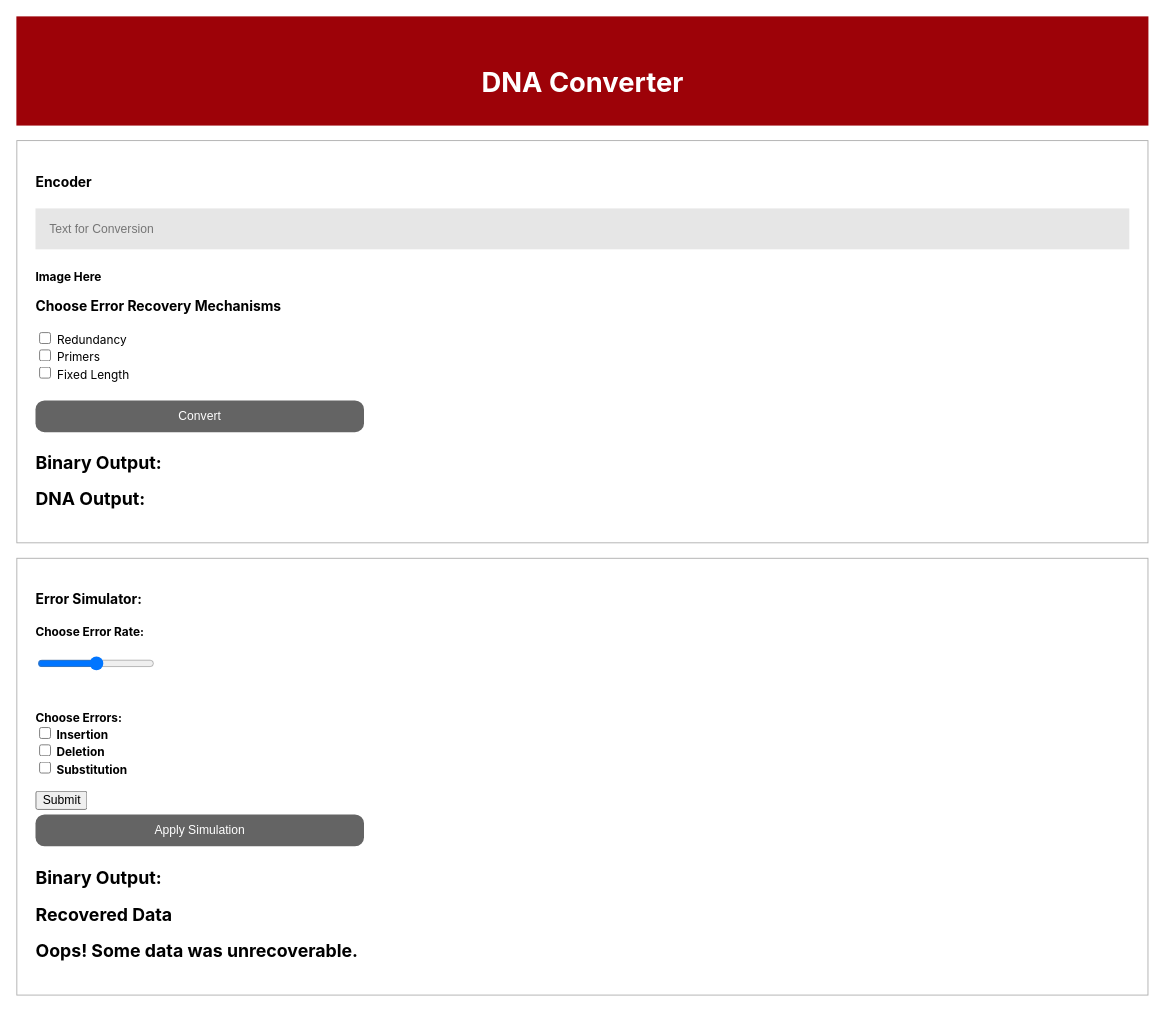
Repository: komalharjani/MSc-Thesis-DNA-Storage
Page: index.html
The author's editor kept a copy of each file at every save. The page is drawn from the files as they stood at one save, then again after the next save.
The browser window is 1280 px wide. The pictures show the whole page, at 91% of full size.

Above is the page before, as saved 2020-08-16 22:11:04.

### index.html
<!DOCTYPE html>
<html lang="en">

<head>
    <link href="index.css" rel="stylesheet">
    <meta charset="UTF-8">
    <meta name="viewport" content="width=device-width, initial-scale=1.0">
    <title>Document</title>
</head>

<body>
    <div id="LoginPage">
        <div class="header"><br>
            <h2> DNA Converter </h2>
        </div><br>

        <div class="loginContainer">
            <h3>Encoder</h3>
            <input type="text" placeholder="Text for Conversion" id="textToConvert" required class="input">
            <label for="text"><b>Image Here</b></label>
            <h3>Choose Error Recovery Mechanisms</h3>
            <form>
                <input type="checkbox" id="vehicle1" name="vehicle1" value="Bike">
                <label for="vehicle1"> Redundancy </label><br>
                <input type="checkbox" id="vehicle2" name="vehicle2" value="Car">
                <label for="vehicle2"> Primers </label><br>
                <input type="checkbox" id="vehicle3" name="vehicle3" value="Boat">
                <label for="vehicle3"> Fixed Length</label><br><br>
            </form>
            <button onclick="onSubmit()" id="submit">Convert</button>
            <h2>Binary Output:</h2>
            <h2>DNA Output:</h2>

        </div><br>
        <div class="loginContainer">
            <h3>Error Simulator:</h3>
            <h4>Choose Error Rate:</h4>
            <input type="range" name="rangeInput" min="0" max="10" onchange="updateTextInput(this.value);">
            <input type="number" id="textInput" value="" class="range" max="10"><br>
            <h4>Choose Errors:</h4<br>
            <form>
                <input type="checkbox" id="vehicle1" name="vehicle1" value="Bike">
                <label for="vehicle1"> Insertion </label><br>
                <input type="checkbox" id="vehicle2" name="vehicle2" value="Car">
                <label for="vehicle2"> Deletion </label><br>
                <input type="checkbox" id="vehicle3" name="vehicle3" value="Boat">
                <label for="vehicle3"> Substitution </label><br><br>
                <input type="submit" value="Submit">
            </form>
            <button onclick="" id="error">Apply Simulation</button><br>
            <!--Take Error Rate from On Submit-->
            <h2>Binary Output:</h2>
            <h2>Recovered Data</h2>
            <h2>Oops! Some data was unrecoverable. </h2>
        </div>
    </div>

</body>
<script src="index.js"></script>

</html>

### index.css
body {
    background-color:white;
    resize: both;
    overflow: auto;
}

.labelText {
  width: 100%;
  padding: 15px;
  margin: 5px 0 22px 0;
  display: inline-block;
  border: none;
  background: #cacaca;
}

.search {
  width: 30%;
  padding: 15px;
  margin: 5px 0 22px 0;
  display: inline-block;
  border: none;
  background: #e6e6e6;
}

.runBtn {
  background-color: #000000;
  border: 1px solid #ffffff;
  color: rgb(255, 255, 255);
  padding: 14px 20px;
  margin-top: 5px;
  margin-bottom: 5px;
  margin-right: 2px;
  margin-left: 0;
  border: none;
  cursor: pointer;
  width: 100%;
  opacity: 0.9;
  font-size: 15px;
}

#map{
  height: 400px;
  width: 100%;
}

#profile {
  border-radius: 50%;
}

.profile {
    padding: 10px;
    text-align: center;
    height: auto;
}

/* Full-width input fields */
.input {
  width: 100%;
  padding: 15px;
  margin: 5px 0 22px 0;
  display: inline-block;
  border: none;
  background: #e6e6e6;
}

.range {
  margin: 5px 0 22px 0;
  display: inline-block;
  border: none;
  text-align: right;
}

li {
  width: 100%;
  padding: 15px;
  margin: 5px 0 22px 0;
  display: inline-block;
  border: none;
  background: #cacaca;
}

ul {
  padding: 0;
}


/* Add a background color when the inputs get focus */
input[type=text]:focus, input[type=password]:focus {
  background-color: rgb(184, 184, 184);
  outline: none;
}

/* button {
  background-color: #000000;
  color: rgb(255, 255, 255);
  padding: 14px 20px;
  margin: 8px;
  border: none;
  cursor: pointer;
  width: 30%;
  opacity: 0.9;
  border-radius: 20px;
} */

.loginContainer {
  width: 100%;
  float: center;
  padding: 20px;
  border: 0.5px solid #afafaf;
  height: auto;

}

/* Set a style for all buttons */
.button {
  background-color: #000000;
  color: rgb(255, 255, 255);
  padding: 10px;
  width: 100%;
  border: none;
  border-radius: 10px;
}

button {
  background-color: rgb(100, 100, 100);
  color: rgb(255, 255, 255);
  padding: 10px;
  width: 30%;
  margin-top: 5px;
  margin-bottom: 5px;
  margin-right: 2px;
  margin-left: 0;
  border: none;
  border-radius: 10px;
}

button:hover {
  opacity: 0.8;
}

/* Extra styles for the cancel button */
.cancelbtn {
  padding: 14px 20px;
  background-color: whitesmoke;
}

/* Float cancel and signup buttons and add an equal width */
.cancelbtn, .signupbtn {
  float: right;
  width: 100%;
}


/* Style the horizontal ruler */
hr {
  border: 1px solid #f1f1f1;
  margin-bottom: 25px;
}

/* Change styles for cancel button and signup button on extra small screens */
@media screen and (max-width: 300px) {
  .cancelbtn, .signupbtn {
     width: 100%;
  }
}
/* OLD BELOW!!!!! */

* {
    box-sizing: border-box;
  }

  /* Add a gray background color with some padding */
  body {
    font-family: -apple-system, BlinkMacSystemFont, 'Segoe UI', Roboto, Oxygen, Ubuntu, Cantarell, 'Open Sans', 'Helvetica Neue', sans-serif;
    padding: 10px;
    background: #ffffff;
    font-size: 13px;
  }
  table {
    font-family: arial, sans-serif;
    border-collapse: collapse;
    width: 100%;
  }

  td, th {
    border: 1px solid #dddddd;
    text-align: left;
    padding: 8px;
  }

  tr:nth-child(even) {
    background-color: #dddddd;
  }
  /* Header Title */
  .header {
    padding: 5px;
    font-size: 20px;
    text-align: center;
    background: #9d0208;
    color: white;
  }

  .login {
    width:300px;
    height:500px;
    position: fixed;
    top: 50%;
    left: 50%;
    margin-top: -125px;
    margin-left: -150px;
  }

  /* Split Screen into Columns */

  .rightcolumn {
    float: right;
    width: 50%;
    padding: 10px;
  }

  .leftcolumn {
    float: left;
    width: 20%;
    padding: 10px;
    background-color: rgb(255, 255, 255);
  }

  .left {
    float: right;
    width: 50%;
    background-color: rgb(255, 255, 255);
  }

  .right {
    float: right;
    width: 50%;
    background-color: rgb(255, 255, 255);
  }

  .centercolumn {
    float: left;
    width: 80%;
    padding: 10px;
    background-color: rgb(255, 255, 255);
  }

  .title {
    color: grey;
    font-size: 18px;
  }

  .rightcolumn {
    float: left;
    width: 30%;
    padding: 10px;
    background-color: rgb(255, 255, 255);
  }

  .box {
    background-color: rgb(255, 255, 255);
    width: 100%;
    padding: 15px;
  }


  .card {
     background-color: whitesmoke;
     padding: 15px;
  }

  .row:after {
    content: "";
    display: table;
    clear: both;
  }

  /* Footer */
  .footer {
    padding: 20px;
    text-align: center;
    background: #ddd;
    margin-top: 20px;
  }

  /* Responsive layout - when the screen is less than 800px wide, make the two columns stack on top of each other instead of next to each other */
  @media screen and (max-width: 800px) {
    .leftcolumn, .rightcolumn {
      width: 100%;
      padding: 0;
    }
  }

  tr:nth-child(even) {
    background-color: #3b37377c;
  }

  button:hover {
    opacity:1;
  }

  /* Extra styles for the cancel button */
  .cancelbtn {
    padding: 14px 20px;
    background-color: #000000;
  }

  /* Float cancel and signup buttons and add an equal width */
  .cancelbtn, .signupbtn {
    float: right;
    width: 100%;
  }

  .containerForm {
    width: 50%;
    float: left;
    padding: 10px;
    background-color: rgb(255, 255, 255);
  }

  /* Add padding to container elements */
  .container {
    width: 100%;
    float: left;
    padding: 10px;
    background-color: rgb(255, 255, 255);
  }

  #result {
    color: red;
  }

  .submitComment {
    background-color: white;
    color: black;
    border: 1px solid #888;
    width: 100%;
    float: right;
  }

  .submitComment :hover {
    background-color: rgb(138, 138, 138);
  }

  .readMore {
    background-color: rgb(216, 216, 216);;
    color: black;
    width: 40%;
    margin: 5px;
  }

  .logoutBtn {
    color: white;
    background-color: #9d0208 ;
    border: 1px solid rgb(255, 255, 255);
    margin: 10px;
  }

  .logoutBtn:hover {
    opacity: 0.7;
  }

  .register {
    color: black;
    background-color: white ;
    border: 1px solid rgb(255, 255, 255);
    margin: 10px;
    opacity: 0.8;
  }

  .register:hover {
    opacity: 1;
  }

  .runPostsStyle {
    background-color: rgb(255, 255, 255);
    padding: 20px;
    border-radius: 10px;
    margin-top: 20px;
    width: 100%;
    overflow: hidden;
    border: 1px solid rgb(0, 0, 0);
    columns: 2;
  }



  .commentPost {
    background-color: whitesmoke;
    padding: 20px;
    border-radius: 10px;
    margin-top: 20px;
    width: 100%;
    overflow: hidden;
  }

  .mapStyle {
    background-color: rgb(94, 0, 0);
    border-radius: 10px;
    width: 40%;
    height: 100px;
    border:solid black;
  }

  /* The Modal (background) */
  .modal {
    display: none; /* Hidden by default */
    position: fixed; /* Stay in place */
    left: 0;
    top: 0;
    width: 100%; /* Full width */
    height: 100%; /* Full height */
    overflow: auto; /* Enable scroll if needed */
    background-color:rgb(255, 255, 255);
    padding: 20px;
  }

  /* Modal Content/Box */
  .modal-content {
    background-color: #ffffff;
    margin: 5% auto 15% auto; /* 5% from the top, 15% from the bottom and centered */
    border: 1px solid #888;
    width: 80%; /* Could be more or less, depending on screen size */
  }

  .postTitle {
    font-size: 20px;
    font-weight: bold;
    color: #9d0208;
  }

  .dateDisplay {
    font-size: 20px;
    font-weight: bold;
  }

  .toFrom {
    font-size: 14px;
    font-weight: bold;
  }

  /* Style the horizontal ruler */
  hr {
    border: 1px solid #f1f1f1;
    margin-bottom: 25px;
  }

  /* The Close Button (x) */
  .close {
    position: absolute;
    right: 35px;
    top: 15px;
    font-size: 40px;
    font-weight: bold;
    color: #000000;
  }

  .close:hover,
  .close:focus {
    color: #ff8484;
    cursor: pointer;
  }

  /* Clear floats */
  .clearfix::after {
    content: "";
    clear: both;
    display: table;
  }

  /* Change styles for cancel button and signup button on extra small screens */
  @media screen and (max-width: 300px) {
    .cancelbtn, .signupbtn {
       width: 100%;
    }
  }

  .dropbtn {
    background-color: #E6E6E6;
    color: rgb(85, 85, 85);
    padding: 16px;
    font-size: 16px;
    border: none;
    width: 100px;
    cursor: pointer;
  }

  .dropbtn:hover, .dropbtn:focus {
    background-color: rgb(187, 187, 187);
  }

  .dropdown {
    position: relative;
    display: inline-block;
  }

  .dropdown-content {
    display: none;
    position: absolute;
    background-color: #f1f1f1;
    min-width: 160px;
    overflow: auto;
    box-shadow: 0px 8px 16px 0px rgba(0,0,0,0.2);
    z-index: 1;
  }

  .dropdown-content a {
    color: black;
    padding: 12px 16px;
    text-decoration: none;
    display: block;
  }

  .dropdown a:hover {background-color: #ddd;}

  .show {display: block;}

Loaded but not shown: index.js (368 lines, source omitted)

After the next save:
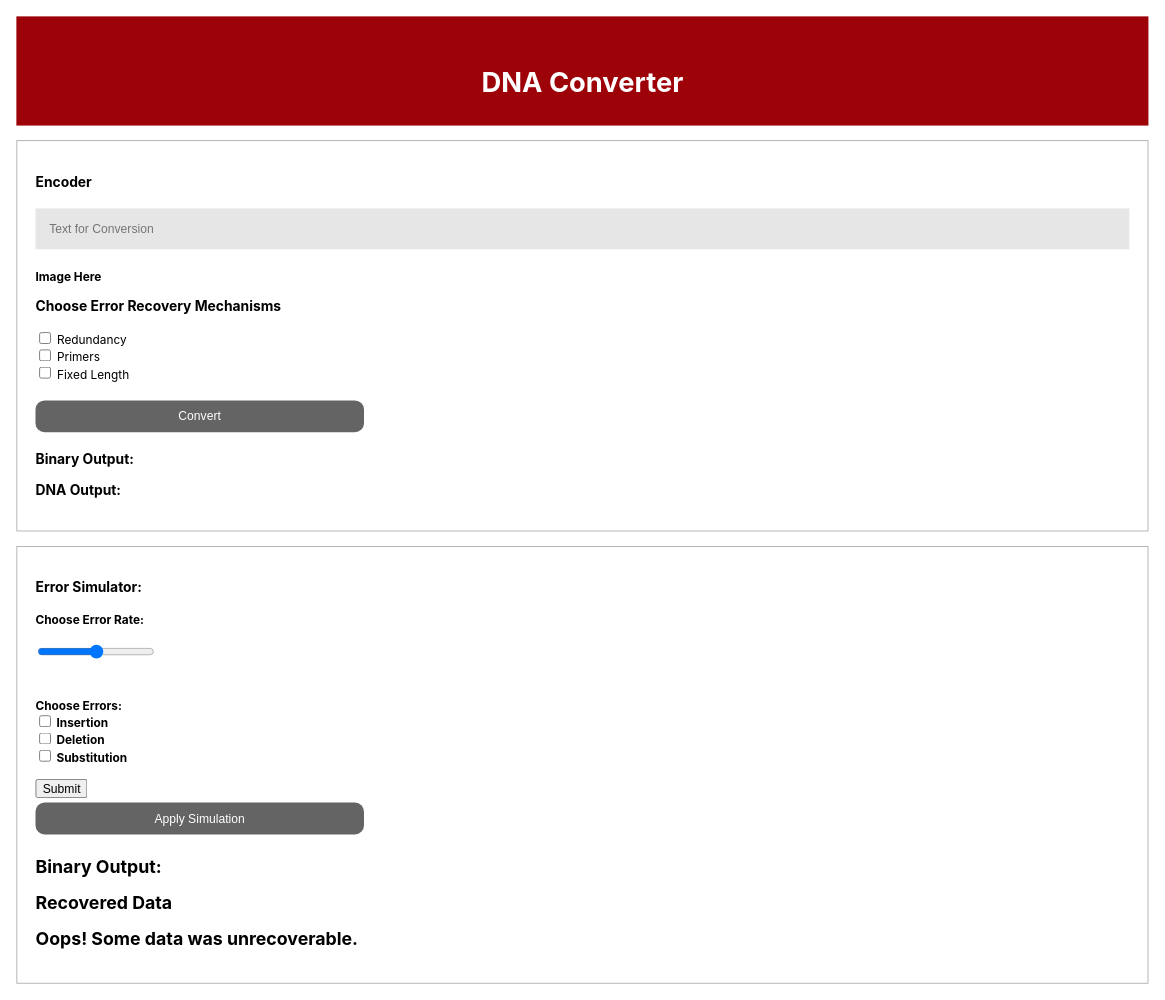
Saved 10 s later.
--- a/index.html
+++ b/index.html
@@ -28,8 +28,8 @@
                 <label for="vehicle3"> Fixed Length</label><br><br>
             </form>
             <button onclick="onSubmit()" id="submit">Convert</button>
-            <h2>Binary Output:</h2>
-            <h2>DNA Output:</h2>
+            <h3>Binary Output:</h3>
+            <h3>DNA Output:</h3>
 
         </div><br>
         <div class="loginContainer">
